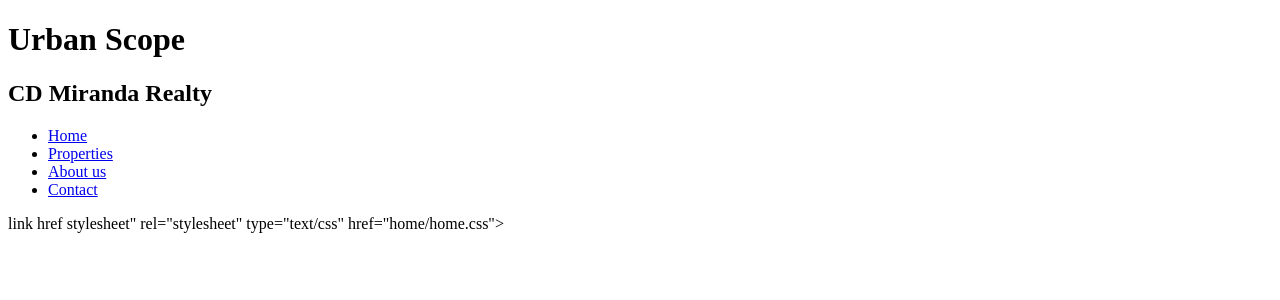
Repository: Gianeuz/CD-Miranda
Page: home/main.html
An editor plug-in stored every save of this project. The page is shown before and after the next save, followed by the edit.
The browser window is 1280 px wide. The pictures show the whole page.

Above is the page before, as saved 2026-09-20 03:19:09.

After the next save:
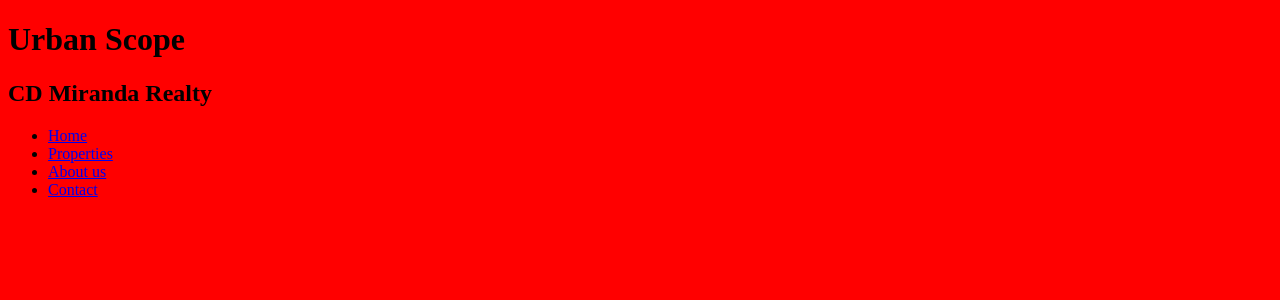
Saved 4 s later.
--- a/home/main.html
+++ b/home/main.html
@@ -18,6 +18,6 @@
         <li><a href="contact.html">Contact</a></li>
 
     </ul>
-link href stylesheet" rel="stylesheet" type="text/css" href="home/home.css">
+<link href="home/home.css" rel="stylesheet" type="text/css">
 </body>
 </html>
